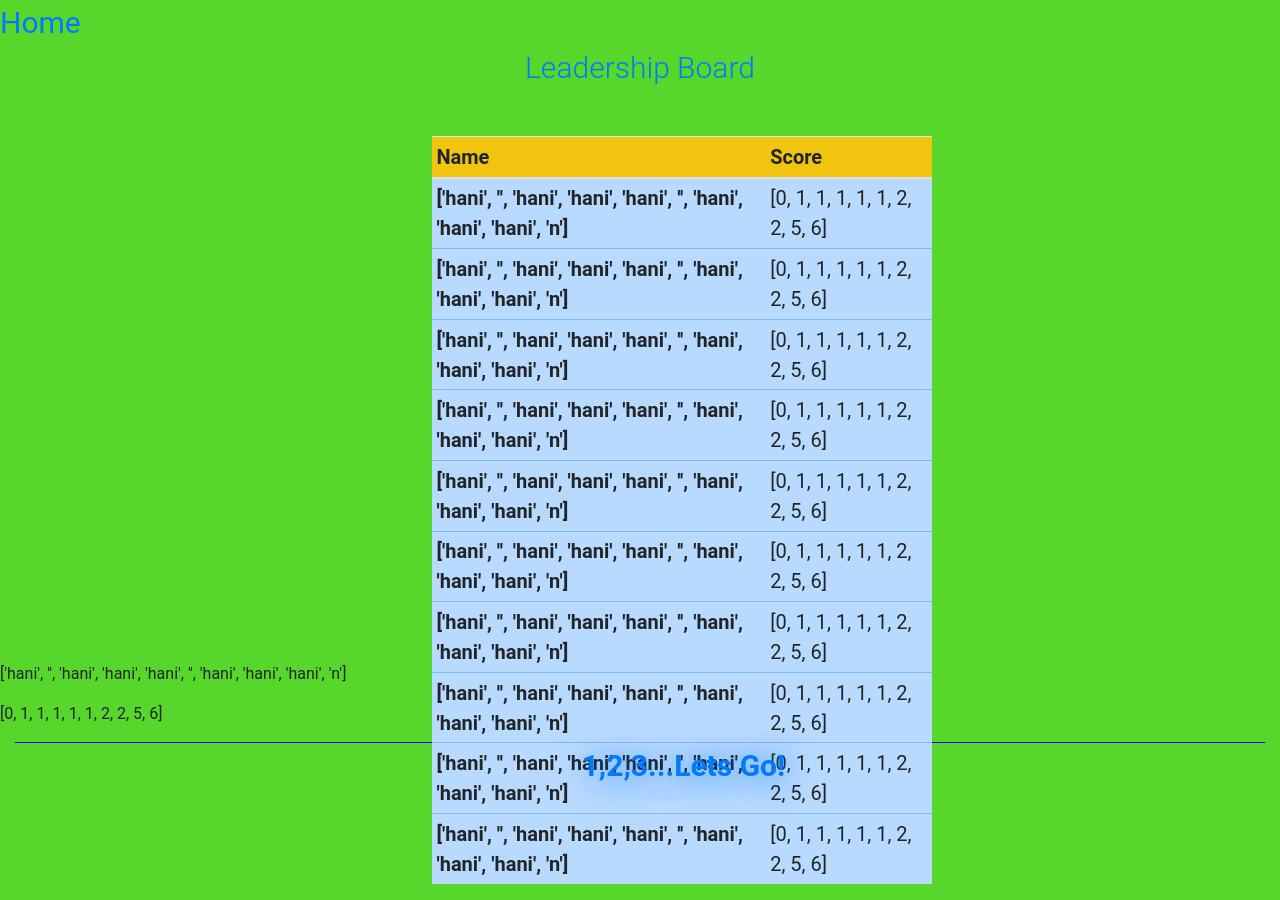
Repository: hanihassan1/Riddle-Game
Page: http://localhost/leadership
The author's editor kept a record of every edit. The page is drawn from the files as they stood at one moment, then again after the next edit.
The browser window is 1280 px wide. The pictures show the whole page.
Some web fonts or font styles are not loaded; a fallback is used. The page is served by the project's application, run on Flask 3 (run.py).

Above is the page before.

### user_scores.txt
hani
1
n
6
hani
2
hani
2

0

1

1
hani
5
hani
1
hani
1
hani
0

### templates/leadership.html
{% extends 'base.html' %}
{% block head %}
<script src="{{ url_for('static', filename='main.js')  }}"></script>

{% endblock %}
{% block content %}

<div class="container-flud">
  <div class="row no-gutters">

    <div class="col-sm-4 lead-homebt"><a href="https://9756ebca0b6a461ca3515f5d51d978ee.vfs.cloud9.us-east-1.amazonaws.com">Home</a></div>
    <div class="col-sm-4">
      <h2 class="lead-head">Leadership Board</h2>
    </div>
    <div class="col-sm-4"></div>
  </div>
</div>

<div class="container-fluid">
  <div class="row no-gutters lead-backg">
     <div class="col-sm-4"></div>
      <div class="col-sm-4">
    <table class="table table-sm" style="background-color:#F1C40F;">
      <thead>
        <tr>
          <th scope="col">Name</th>
          <th scope="col">Score</th>
        </tr>
      </thead>
      <tbody>
        {% for i in range(0, username|length)|reverse %}
        <tr class="table-primary">
          <th scope="row">{{username}}</th>
          <td>{{score}}</td>
        {% endfor %}
        </tr>
      </tbody>
    </table>
    </div>
 <div class="col-sm-4"></div>
  </div>
</div>
<p>{{username}}</p>
<p>{{score}}</p>



{% endblock %}

### templates/base.html
<!DOCTYPE html>
<html lang="en">

<head>
    <meta charset="UTF-8">
    <meta name="viewport" content="width=device-width, initial-scale=1.0">
    <meta http-equiv="X-UA-Compatible" content="ie=edge">
    <meta name="description" content="">
    <meta name="author" content="">

    <title>{{title}}</title>
    <link rel="stylesheet" href="https://stackpath.bootstrapcdn.com/bootstrap/4.3.1/css/bootstrap.min.css" integrity="sha384-ggOyR0iXCbMQv3Xipma34MD+dH/1fQ784/j6cY/iJTQUOhcWr7x9JvoRxT2MZw1T" crossorigin="anonymous">
    <script src="https://code.jquery.com/jquery-3.3.1.slim.min.js" integrity="sha384-q8i/X+965DzO0rT7abK41JStQIAqVgRVzpbzo5smXKp4YfRvH+8abtTE1Pi6jizo" crossorigin="anonymous"></script>
    <script src="https://cdnjs.cloudflare.com/ajax/libs/popper.js/1.14.7/umd/popper.min.js" integrity="sha384-UO2eT0CpHqdSJQ6hJty5KVphtPhzWj9WO1clHTMGa3JDZwrnQq4sF86dIHNDz0W1" crossorigin="anonymous"></script>
    <script src="https://stackpath.bootstrapcdn.com/bootstrap/4.3.1/js/bootstrap.min.js" integrity="sha384-JjSmVgyd0p3pXB1rRibZUAYoIIy6OrQ6VrjIEaFf/nJGzIxFDsf4x0xIM+B07jRM" crossorigin="anonymous"></script>
    <link href="{{ url_for('static', filename='css/style.css')  }}" rel="stylesheet" type="text/css">
    <link rel="stylesheet" href="https://cdnjs.cloudflare.com/ajax/libs/hover.css/2.3.1/css/hover.css" />
    {% block head %} {% endblock %}
</head>

<body>


        {% block content %} {% endblock %}





    <footer>
        <div class="container-fluid">
            <div class="row no-gutters foot-edit">
                <div class="col-md-4"></div>
                <div class="col-md-4"><strong><a class="footer-name" href="{{url_for('index') }}">1,2,3...Lets Go!</a></strong></div>
                <div class="col-md-4"></div>
            </div>
        </div>
    </footer>

    <script src="{{ url_for('static', filename='main.js')  }}"></script>
</body>

</html>

### run.py
import os
from flask import Flask,render_template, request, flash, jsonify
import json
import random
import numpy



app = Flask(__name__)
app.secret_key = "its_secure"

@app.route('/', methods=["GET", "POST"])
def index():
     if request.method=="POST":
        print(request.form)
        file= open("user_info.txt", "a")
        file.write("Name:{},Age:{},Grade:{}\n"
                  .format(request.form['name'],request.form['age'],
                  request.form['grade']))
        file.close()
        flash(" Hello {}, Welcome! Let's get started. Choose a grade."
        .format(request.form['name']))
     return render_template("index.html", title = "Home Page")



@app.route('/jk_sk/', methods=["GET", "POST"])
def jk_sk_ans():
    args = request.args
    username = args['username']
    return render_template("jk_sk.html", user=username)


@app.route('/get_score/api/v1/', methods=["GET", "POST"])
def user_score():
    my_arg = request.args
    post_name = my_arg['name']
    post_score = my_arg['score']
    file_score = open("user_scores.txt", "a")
    file_score.write(post_name + "\n" + post_score + "\n")
    file_score.close()

    return jsonify("true")



@app.route('/checkans/api/v1/', methods=['GET'])
def que_ans():
    my_arg = request.args
    check_ques = my_arg['question']
    check_ans = my_arg['answer']
    check_category = my_arg['category']
    if check_category == "jk_sk":
        file_name = "data/jk_sk.json"
    if check_category == "1-2":
        file_name = "data/one_two.json"
    if check_category == "3-4":
        file_name = "data/three_four.json"
    if check_category == "5":
        file_name = "data/five.json"
    print(file_name, check_category)
    file = open(file_name, "r")
    file_data = file.read()
    file_data = json.loads(file_data)
    print(file_data)
    for items in file_data:
        if (items['question'].rstrip() == check_ques.rstrip().replace('"', '')):
            if items['answer'] == check_ans:
                return jsonify(True)
            else:
                return jsonify(False)

@app.route('/get_question/api/v1/', methods=['GET'])
def get_question():
    my_arg = request.args
    check_ans = my_arg['category']
    if check_ans == "jk_sk":
        file_name = "data/jk_sk.json"
    if check_ans == "1-2":
        file_name = "data/one_two.json"
    if check_ans == "3-4":
        file_name = "data/three_four.json"
    if check_ans == "5":
        file_name = "data/five.json"
    file = open(file_name, "r")
    all_questions = json.loads(file.read())
    random_number = random.randint(0, len(all_questions) - 1)
    ask_question = all_questions[random_number]["question"]
    return jsonify(ask_question)


@app.route('/leadership')
def leadership():
    file = open("user_scores.txt", "r")
    score_data = file.readlines()
    username = []
    score = []
    final_user_list = []
    file.close()
    for i in range(0, len(score_data)):
        if i % 2 == 0:
            username.append(score_data[i].replace('\n',''))
        else:
            score.append(int(score_data[i].replace('\n','')))
    score_index_before_sort = numpy.argsort(score)
    for index in score_index_before_sort:
        final_user_list.append(username[index])
    score = sorted(score)
    if len(score) > 10:
        score = score[-10:]
        final_user_list = final_user_list[-10:]
    return render_template("leadership.html", title = "Leadership Board Page", username =final_user_list , score = score)



@app.route('/jk_sk')
def jk_sk():
    return render_template("jk_sk.html", title = "Jk/Sk Page")


@app.route('/one_two')
def one_two():
    return render_template("one_two.html", title = "Grades: 1 / 2 Page")

@app.route('/three_four')
def three_four():
    return render_template("three_four.html", title = "Grades: 3 / 4 Page")

@app.route('/five')
def five():
    return render_template("five.html", title = "Grade: 5  Page")


@app.route('/check_answer/', methods=["GET"])
def check_answer():
    my_arg = request.args
    question = my_arg['question']
    answers = my_arg['answer']
    answer_return = ""
    with open("data/jk_sk.json", 'r') as file1:
        answer_file = json.load(file1)
    for answer in answer_file:
        print(answer)
        if answer['question'] == question:
            if answer['answer'] == answers:
                answer_return = "True"
            else:
                answer_return = "False"
    return jsonify({'result':answer_return})


if __name__ == '__main__':
    app.run(host=os.environ.get('IP'),
    port=int(os.environ.get('PORT')),
    debug=True)

### static/css/style.css
@import url('https://fonts.googleapis.com/css?family=Varela+Round:100,200,300,400,500,600,700|EXO:100,200,300,400,500,600,700');
@import url('https://fonts.googleapis.com/css?family=Cantarell:700i:100,200,300,400,500,600,700|EXO:100,200,300,400,500,600,700');

body {
    font-family: 'Varela Round', sans-serif;
    background-color:#57D62C;
    height: 100vh;

}
html {
 scroll-behavior: smooth;
}

.hide {
    display: none !important;
}


a {
    text-decoration: none !important;
}

html {
 scroll-behavior: smooth;
}

/*header*/
#logoOne  {
  border-radius: 15%;
}

.game_name {
  text-align:center;
     padding-bottom: 25px;

}


/*index*/

.signin  {
  color:#007bff;

}


body {
  font-family: 'Roboto', sans-serif;
  padding: 0;
  margin: 0;
}

small {
  font-size: 12px;
  color: rgba(0, 0, 0, 0.4);
}

h1 {
  text-align: center;
  padding: 50px 0;
  font-weight: 800;
  margin: 0;
  letter-spacing: -1px;
  color: inherit;
  font-size: 40px;
}



h2 {
  text-align: center;
  font-size: 30px;
  margin: 0;
  font-weight: 300;
  color: inherit;
  padding: 50px;
}

.center {
  text-align: center;
}



section {
  height: 100vh;
}

/* NAV */


nav {
  width: 80%;
  margin: 0 auto;
  background: #fff;
  padding: 50px 0;
  box-shadow: 0px 5px 0px #dedede;
}

nav ul {
  list-style: none;
  text-align: center;
}
nav ul li {
  display: inline-block;
}
nav ul li a {
  display: block;
  padding: 15px;
  text-decoration: none;
  color: #aaa;
  font-weight: 800;
  text-transform: uppercase;
  margin: 0 10px;
}
nav ul li a,
nav ul li a:after,
nav ul li a:before {
  transition: all .5s;
}
nav ul li a:hover {
  color: #555;
}

nav.shift ul li a {
  position:relative;
  z-index: 1;
}
nav.shift ul li a:hover {
  color: #91640F;
}
nav.shift ul li a:after {
  display: block;
  position: absolute;
  top: 0;
  left: 0;
  bottom: 0;
  right: 0;
  margin: auto;
  width: 100%;
  height: 1px;
  content: '.';
  color: transparent;
  background: #F1C40F;
  visibility: none;
  opacity: 0;
  z-index: -1;
}
nav.shift ul li a:hover:after {
  opacity: 1;
  visibility: visible;
  height: 100%;
}

#nav_catog  {
  background: #f1c40f;
  color: rgba(0, 0, 0, 0.5);

}


/* form-index */
#sendMessageButton1     {
    opacity: 9;
     background-color: #A9A9A9;
    border-radius: 10%;
    color: #484848;
}
.sect  {
      height: 100vh;

}
.form-edit  {
  padding-top:20px;

}


.form-control {

     width: 68%!important;

}
.btn {
 margin-top:10px;
}
.form-edit {
  height:75%;
   padding-top: 32px;

}


.card_row   {
  /*margin-left:28%;*/
  /*margin-top:10px;*/
}


.card-body {

}

/*footer*/



.footer-name {
  text-align:center;
  padding-left:150px;
  font-size:30px;
  text-shadow: 2px 2px 30px #007bff;

}


.foot-edit  {
  border-top:1px solid blue;
}



.lead-head  {
  text-align:center;
   font-family: 'Roboto', sans-serif;
  font-size:30px;
   color:#007bff;
}

.lead-backg {
    height: 73vh;
}


.table {
  width: 500px;
  padding-right: 10%;
  font-size:20px;
}

.lead-homebt {
 font-size:30px;
 padding-bottom:50px;
}

.active {
  background-color: red;
}

### static/main.js
$("#incorrect").on("click", function() {
    // $(".prog-result").html("");
    $('#incorrect').trigger('focus')
    $("ul").html("");
    $("#progress").addClass("hide");
    totaLtime = 0;
});

function save_name(){
    username = $("#name").val();
    localStorage.setItem("username", username)
}


$(function() {
  $("li.upper").hide();
  $("li.lower").hide();
  $("#header1").on('click', function() {
    $("li.upper").slideToggle();
    $("#header1").removeClass("active");
    $(this).css({
      "background": "#4CAF50",
      "color": "white"
    });
  });
  $("#header2").click(function() {
    $("li.lower").slideToggle();
    $("li #header2").removeClass("active");
    $("li #header2").addClass("active");
    $(this).css({
      "background": "#4CAF50",
      "color": "white"
    });
  });
});























// function req_data(answers) {
//   var xhttp = new XMLHttpRequest();
//   xhttp.onreadystatechange = function() {
//     if (this.readyState == 4 && this.status == 200) {
//       document.getElementById("answer").innerHTML = this.responseText;
//       myResponse = JSON.parse(this.responseText);
//         if ((myResponse.results) == True) {
//     }
//     else {
//       return false
//     }
//   };
//   xhttp.open("GET", "{{url_for('get_question') }}" + "?question=" + "answers" + answers  , true);
//   xhttp.send();
// }
// }


// $("#answerId").on("click", function() {

//     req_data($("#answer_box").val());

// });

After the next edit:
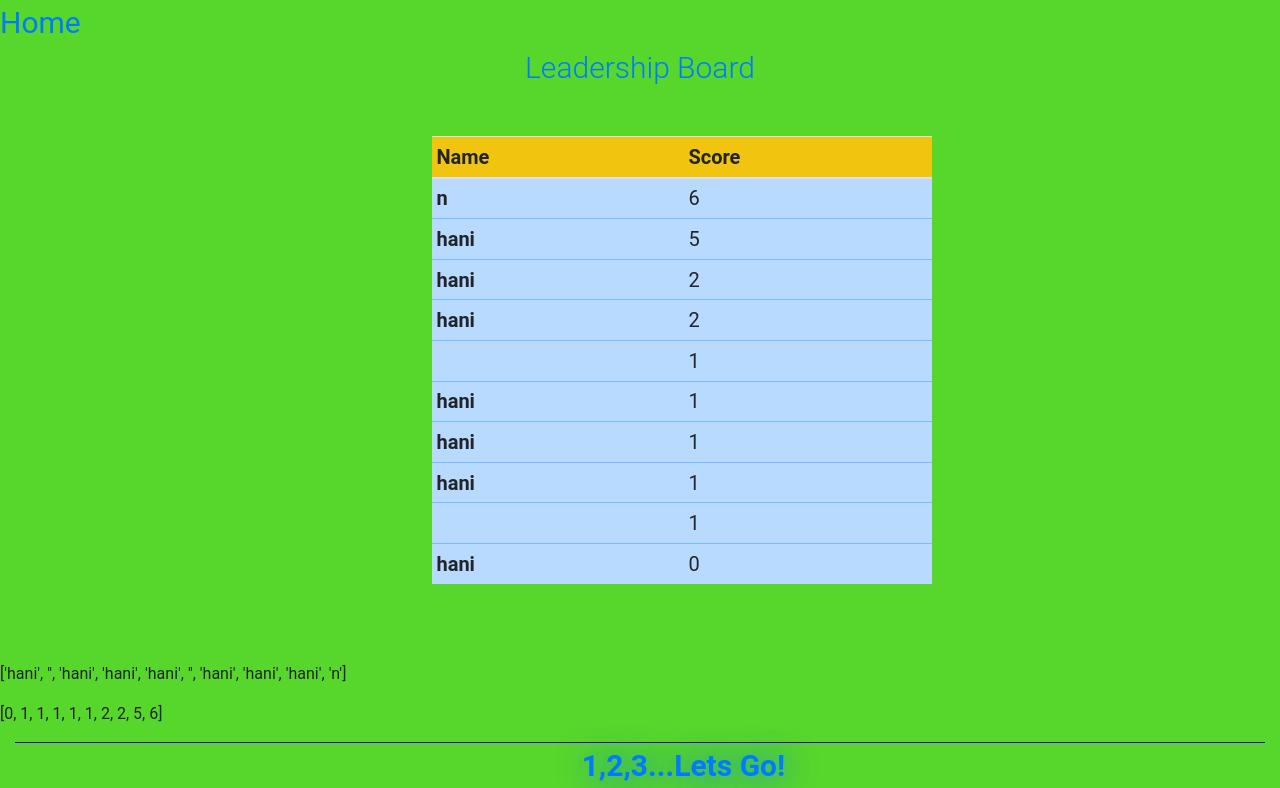
The edit:
--- a/templates/leadership.html
+++ b/templates/leadership.html
@@ -30,8 +30,10 @@
       <tbody>
         {% for i in range(0, username|length)|reverse %}
         <tr class="table-primary">
-          <th scope="row">{{username}}</th>
-          <td>{{score}}</td>
+          <th scope="row">{{username[i]}}</th>
+          <td>{{score[i]}}</td>
+
+
         {% endfor %}
         </tr>
       </tbody>
